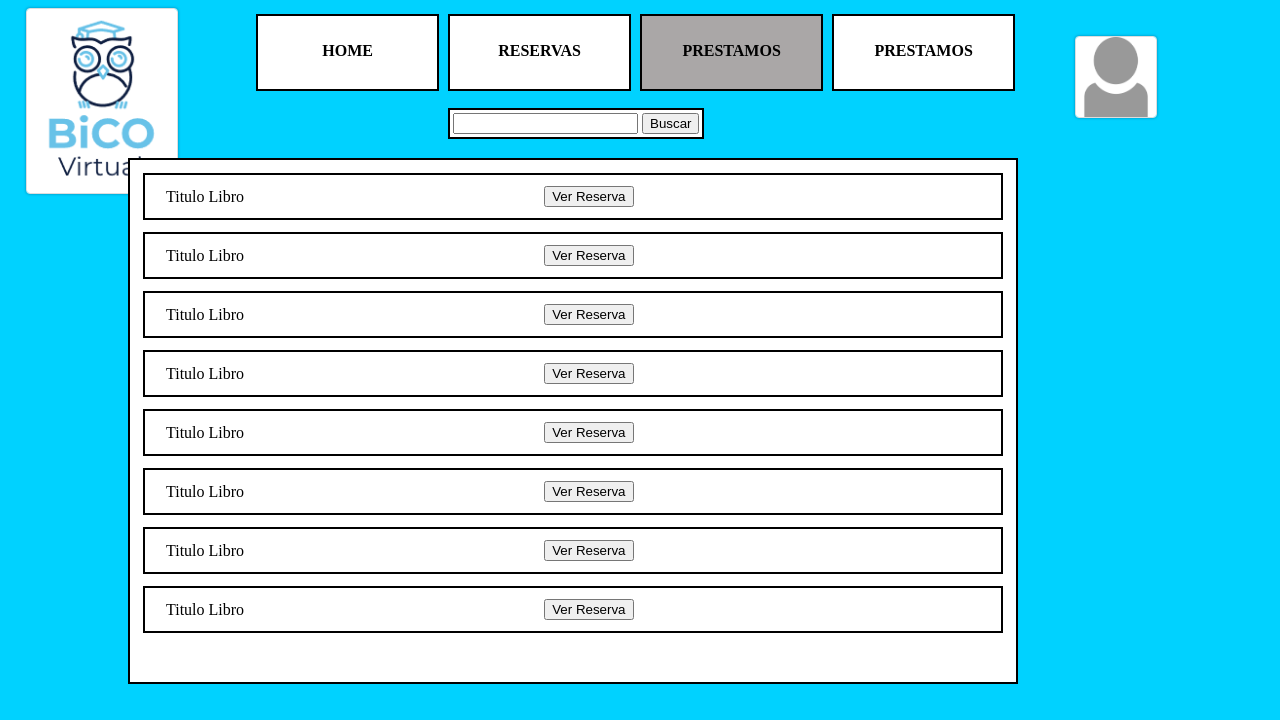
Repository: i72frpeu/IW_Bien
Page: http://localhost/Trabajo_IW/Vistas/Home Pedidos.jsp
These files come from the project's save history. The page is drawn as it stood at one moment and after the next save; the edit follows.
The browser window is 1280 px wide. The pictures show the whole page.
The page is served by Tomcat 9.

Above is the page before, as saved 2020-05-17 13:28:39.

After the next save:
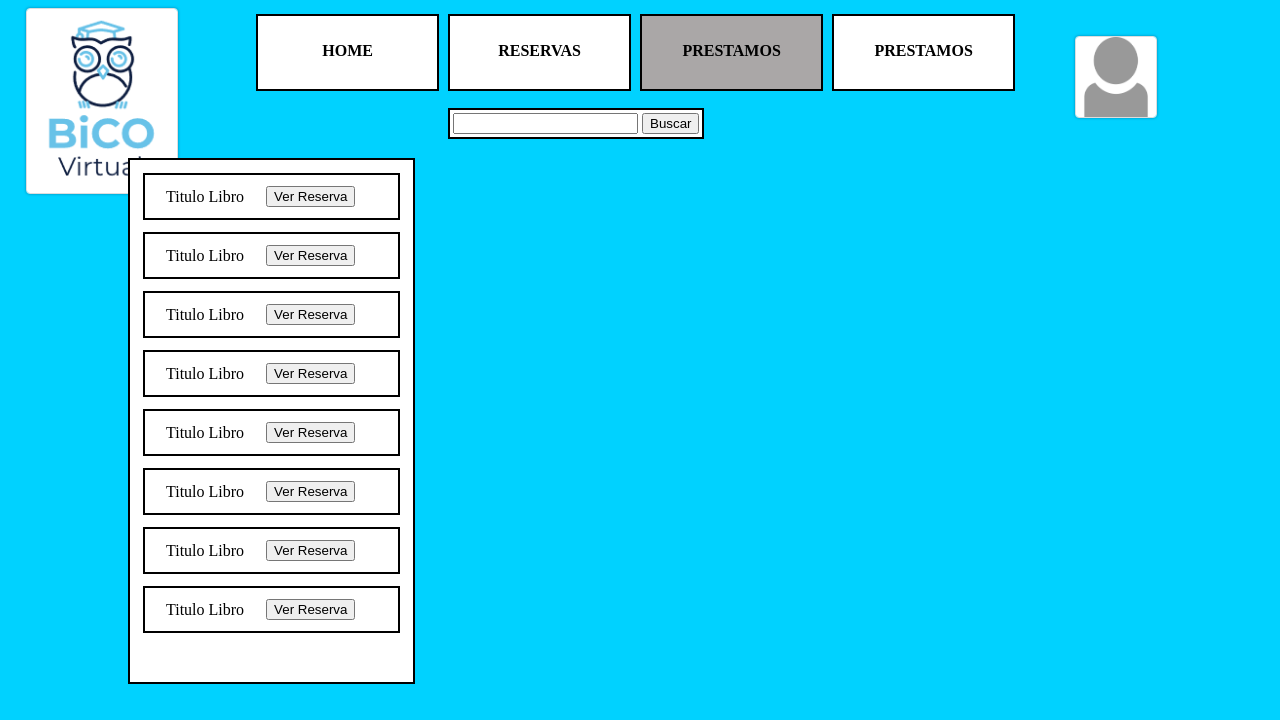
Saved 7 s later.
--- a/WorkSpace/Trabajo IW/WebContent/CSS/wf7.0.css
+++ b/WorkSpace/Trabajo IW/WebContent/CSS/wf7.0.css
@@ -31,7 +31,6 @@ table.tablalibro
 	border: 2px solid black;
 	position: fixed;
 	left: 10%;
-	right: 20.5%;
 	top:22%;
 	bottom: 5%;
 	color: black;
